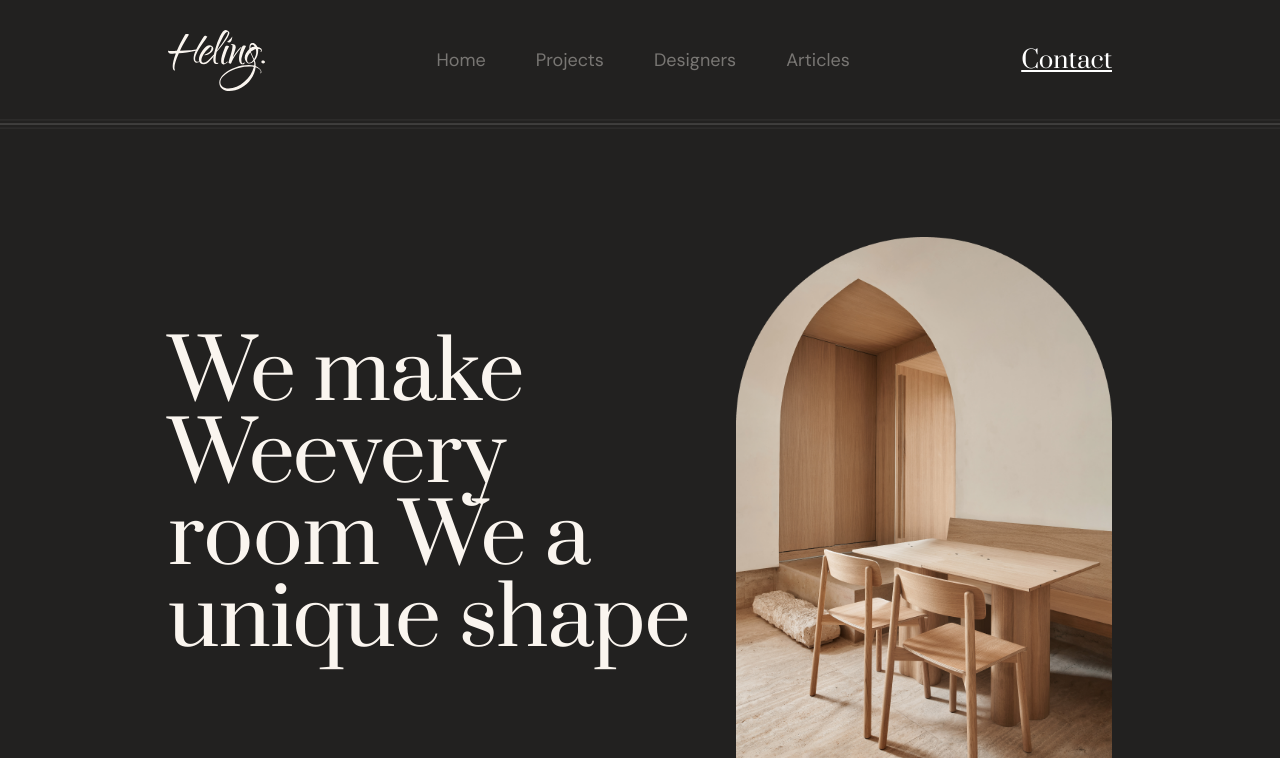
Repository: vandangnhathung/healingui_website
Page: /
An editor plug-in stored every save of this project. The page is shown before and after the next save, followed by the edit.
The browser window is 1280 px wide. The pictures show the whole page.
The project was rebuilt for these pictures with package versions that can differ from the ones it lists, and the page was loaded fresh each time. Also part of the build but not shown: src/App.css.

Above is the page before, as saved 2022-03-16 13:10:36.

After the next save:
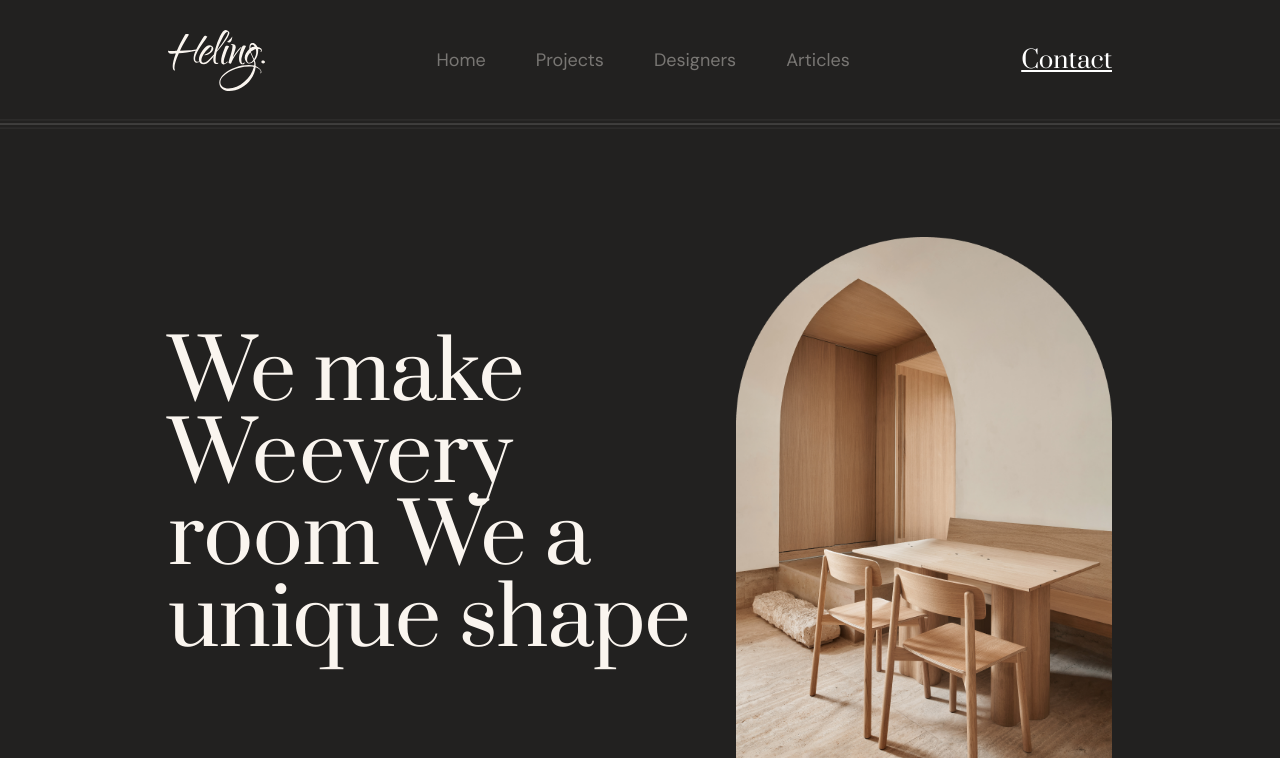
Saved 48 s later.
--- a/src/components/Container/Container.js
+++ b/src/components/Container/Container.js
@@ -33,7 +33,7 @@ const Container = () => {
         <div>
           <Slogan>
             We make{" "}
-            <span className="tracking-tight	">
+            <span className="tracking-[0.075rem]	">
               <span>We</span>
               <span className="tracking-normal	">every room</span>
             </span>{" "}
